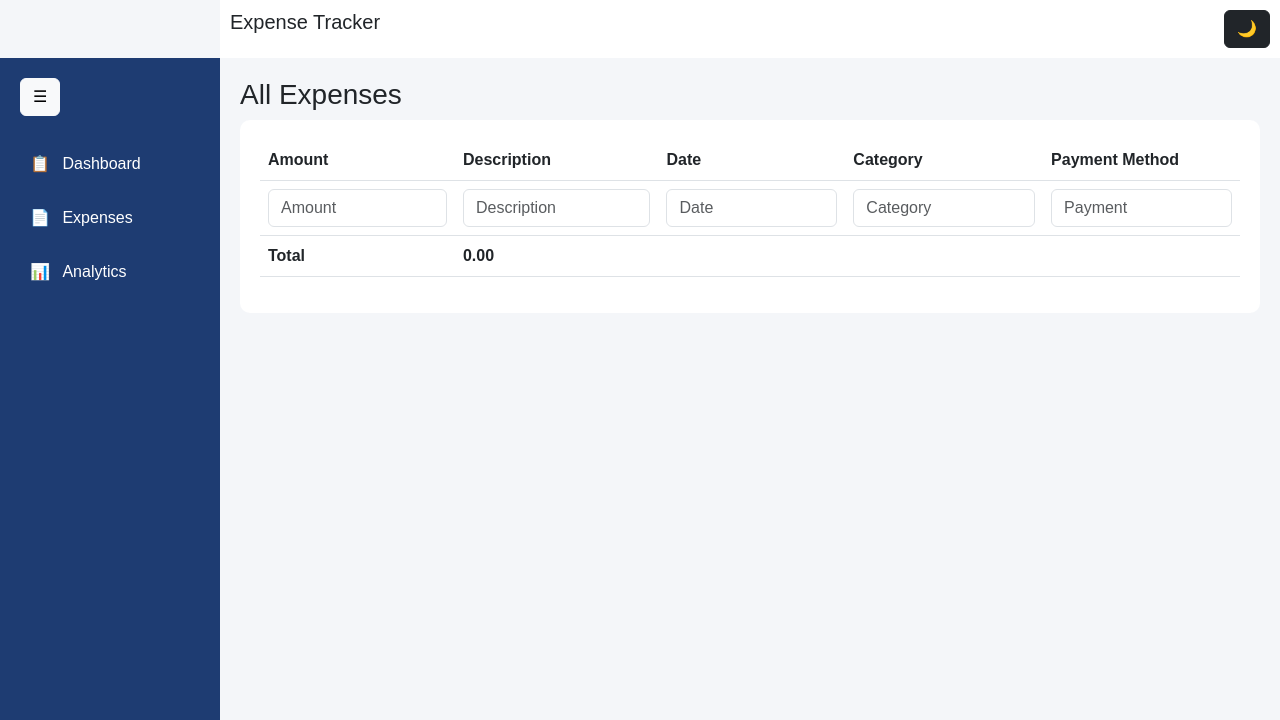
Repository: TejasChoudhary1996/expense-microservices
Page: http://localhost/ui-service/WEB-INF/jsp/pages/expenses.jsp
The author's editor kept a copy of each file at every save. The page is drawn from the files as they stood at one save, then again after the next save.
The browser window is 1280 px wide. The pictures show the whole page.
The page is served by Tomcat 10. Nobody is signed in. Other server files are loaded and not shown. The template is opened directly, without the code that normally fills it, so the values that code supplies are empty.

Above is the page before, as saved 2026-03-27 19:58:00.

### ui-service/src/main/webapp/WEB-INF/jsp/pages/expenses.jsp
<%@ page contentType="text/html; charset=UTF-8" pageEncoding="UTF-8"%>
<%@ include file="../layout/header.jsp" %>
<%@ include file="../layout/sidebar.jsp" %>

<div class="content">

<h3>All Expenses</h3>

<div class="card-box">
<table class="table" id="expenseTable">

<thead>
<tr>
<th>Amount</th>
<th>Description</th>
<th>Date</th>
<th>Category</th>
<th>Payment Method</th>
</tr>

<!-- FILTER ROW -->
<tr>
<th><input type="text" class="form-control filter" placeholder="Amount"></th>
<th><input type="text" class="form-control filter" placeholder="Description"></th>
<th><input type="text" class="form-control filter" placeholder="Date"></th>
<th><input type="text" class="form-control filter" placeholder="Category"></th>
<th><input type="text" class="form-control filter" placeholder="Payment"></th>
</tr>
</thead>

<tbody>
<c:forEach var="e" items="${expenses}">
<tr>
<td>${e.amount}</td> <!-- removed ₹ for better filtering -->
<td>${e.description}</td>
<td>${e.date}</td>
<td>${e.category}</td>
<td>${e.paymentMethod}</td>
</tr>
</c:forEach>
</tbody>
<tfoot>
<tr>
    <th colspan="1">Total</th>
    <th id="totalAmount">0</th>
    <th colspan="4"></th>
</tr>
</tfoot>

</table>
</div>

</div>

<script>
document.addEventListener("DOMContentLoaded", function () {

    const filters = document.querySelectorAll(".filter");
    const rows = document.querySelectorAll("#expenseTable tbody tr");
    const totalElement = document.getElementById("totalAmount");

    function updateTable() {
        let total = 0;

        rows.forEach(row => {
            let show = true;

            filters.forEach((f, i) => {
                let val = f.value.toLowerCase();
                let cellText = row.cells[i].innerText.toLowerCase();

                if (val && !cellText.includes(val)) {
                    show = false;
                }
            });

            row.style.display = show ? "" : "none";

            // ✅ Calculate total only for visible rows
            if (show) {
                let amount = parseFloat(row.cells[1].innerText) || 0;
                total += amount;
            }
        });

        totalElement.innerText = total.toFixed(2);
    }

    // Attach event
    filters.forEach(input => {
        input.addEventListener("keyup", updateTable);
    });

    // Initial total
    updateTable();

});
</script>
</body>
</html>

### ui-service/src/main/webapp/WEB-INF/jsp/layout/header.jsp
<%@ page contentType="text/html; charset=UTF-8" pageEncoding="UTF-8"%>

<!DOCTYPE html>
<html>
<head>

<meta charset="UTF-8">
<meta name="viewport" content="width=device-width, initial-scale=1">

<title>Expense Tracker</title>

<link href="https://cdn.jsdelivr.net/npm/bootstrap@5.3.0/dist/css/bootstrap.min.css" rel="stylesheet">
<script src="https://cdn.jsdelivr.net/npm/chart.js"></script>
<script src="https://cdn.jsdelivr.net/npm/bootstrap@5.3.0/dist/js/bootstrap.bundle.min.js"></script>
<%@ taglib prefix="c" uri="jakarta.tags.core"%>

<style>
body {
    margin: 0;
    font-family: 'Poppins', sans-serif;
    background: #f4f6f9;
}

/* Sidebar */
.sidebar {
    width: 220px;
    height: 100vh;
    background: #1e3c72;
    color: white;
    position: fixed;
    padding: 20px;
}

/* Content */
.content {
    margin-left: 220px;
    padding: 20px;
}

/* Cards */
.card-box {
    background: white;
    padding: 20px;
    border-radius: 10px;
    margin-bottom: 20px;
}

/* Buttons */
.btn-primary {
    background: #ff7a18;
    border: none;
}

canvas {
    max-height: 300px !important;
}
/* COLLAPSED SIDEBAR */
.sidebar.collapsed {
    width: 70px;
}

.sidebar.collapsed span {
    display: none;
}

/* CONTENT SHIFT */
.content {
    margin-left: 220px;
    transition: all 0.3s;
}

.content.expanded {
    margin-left: 70px;
}

/* DARK MODE */
body.dark {
    background: #121212;
    color: white;
}

body.dark .card-box {
    background: #1e1e1e;
    color: white;
}

body.dark .sidebar {
    background: #000;
}

body.dark input,
body.dark select {
    background: #2c2c2c;
    color: white;
    border: none;
}

/* Sidebar links FIX */
.sidebar a {
    display: block;          /* 🔥 KEY FIX */
    padding: 10px;
    margin: 10px 0;
    color: white;
    text-decoration: none;
    border-radius: 8px;
}

/* Hover */
.sidebar a:hover {
    background: rgba(255,255,255,0.1);
}

/* Active */
.sidebar a.active {
    background: #ff7a18;
    color: white;
}

/* Align icon + text */
.sidebar a span {
    margin-left: 8px;
}
</style>

<script>
function toggleSidebar() {
    document.querySelector(".sidebar").classList.toggle("collapsed");
}

function toggleTheme() {
    document.body.classList.toggle("dark");
}
</script>

</head>

<body>

<!-- HEADER BAR -->
<div style="margin-left:220px; padding:10px; background:white; display:flex; justify-content:space-between;">
    <h5>Expense Tracker</h5>
    <button onclick="toggleTheme()" class="btn btn-dark">🌙</button>
</div>

### ui-service/src/main/webapp/WEB-INF/jsp/layout/sidebar.jsp
<%@ page contentType="text/html; charset=UTF-8" pageEncoding="UTF-8"%>
<script>
function toggleSidebar() {
    document.querySelector(".sidebar").classList.toggle("collapsed");
    document.querySelector(".content").classList.toggle("expanded");
}
</script>
<div class="sidebar">

    <button onclick="toggleSidebar()" class="btn btn-light mb-3">☰</button>

  <a href="/" class="menu-item ${page == 'dashboard' ? 'active' : ''}">
        📋 <span>Dashboard</span>
    </a>

    <a href="/expenses" class="menu-item ${page == 'expenses' ? 'active' : ''}">
        📄 <span>Expenses</span>
    </a>

    <a href="/analytics" class="menu-item ${page == 'analytics' ? 'active' : ''}">
        📊 <span>Analytics</span>
    </a>

</div>

After the next save:
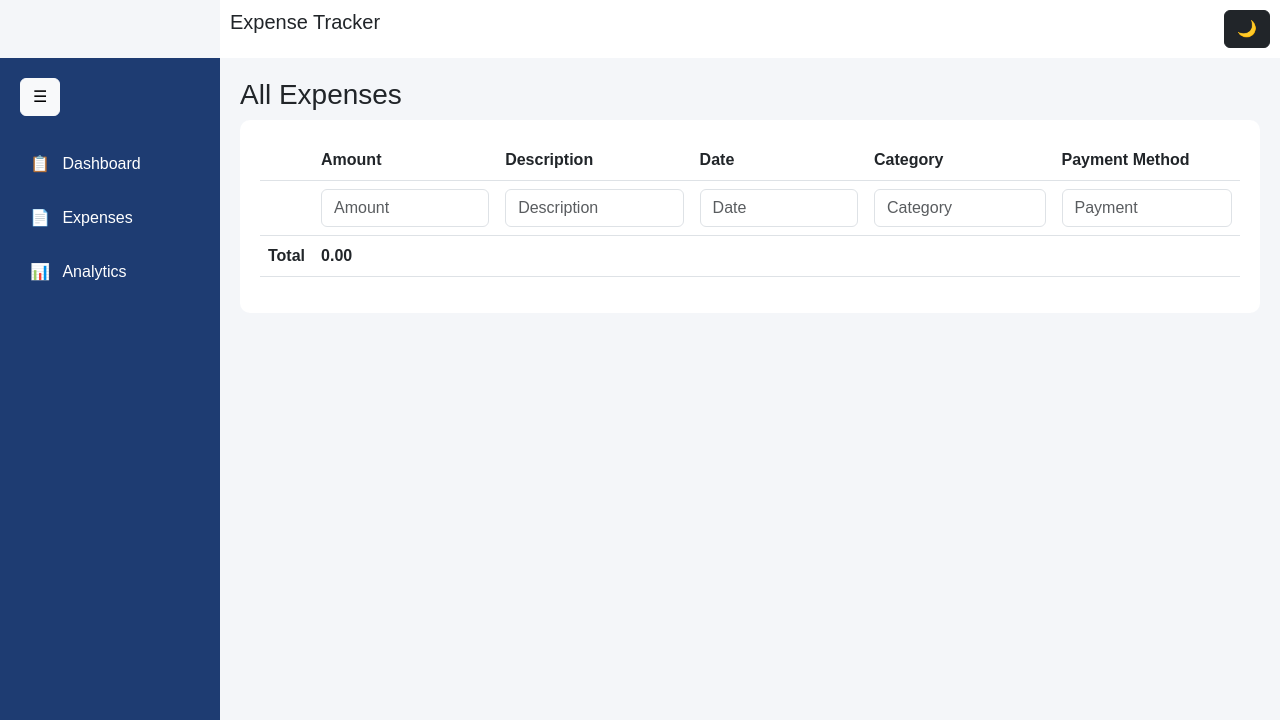
Saved 29 s later.
--- a/ui-service/src/main/webapp/WEB-INF/jsp/pages/expenses.jsp
+++ b/ui-service/src/main/webapp/WEB-INF/jsp/pages/expenses.jsp
@@ -11,6 +11,7 @@
 
 <thead>
 <tr>
+<th></th>
 <th>Amount</th>
 <th>Description</th>
 <th>Date</th>
@@ -20,6 +21,7 @@
 
 <!-- FILTER ROW -->
 <tr>
+<th></th>
 <th><input type="text" class="form-control filter" placeholder="Amount"></th>
 <th><input type="text" class="form-control filter" placeholder="Description"></th>
 <th><input type="text" class="form-control filter" placeholder="Date"></th>
@@ -31,6 +33,7 @@
 <tbody>
 <c:forEach var="e" items="${expenses}">
 <tr>
+<th></th>
 <td>${e.amount}</td> <!-- removed ₹ for better filtering -->
 <td>${e.description}</td>
 <td>${e.date}</td>
